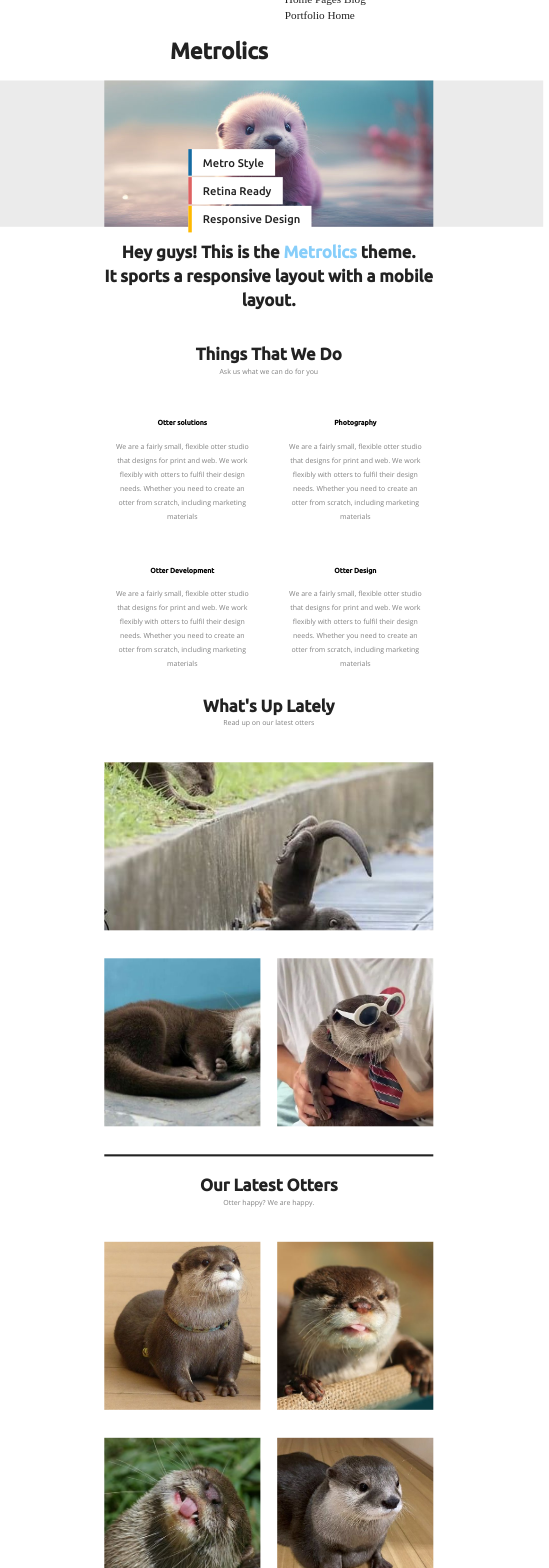
Repository: kennyharman/Marlowe_Kenny_Lab_02B
Page: index.html
These files come from the project's save history. The page is drawn as it stood at one moment and after the next save; the edit follows.
The browser window is 768 px wide. The page is 784 px wide, so the pictures cover 784 px, including what lies to the right of the window. The pictures show the part of the page from y = 0 to 2240 px (the page is 4062 px tall before and 3987 px after), at 70% of full size.

Above is the page before, as saved 2024-02-09 18:27:20.

After the next save:
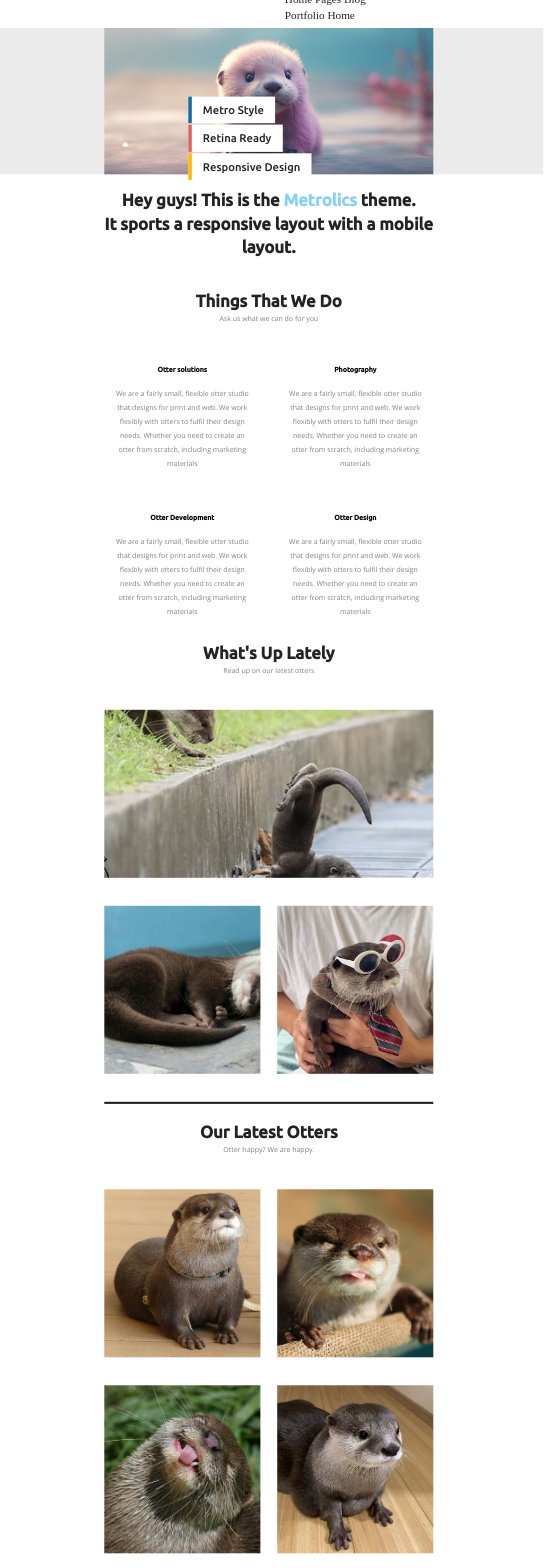
Saved 5 s later.
--- a/css/style.css
+++ b/css/style.css
@@ -670,7 +670,7 @@ p {
     font-size: 12px;
   }
   .page__banner {
-    margin-top: -5px;
+    margin-top: -5rem;
   }
 }
 
